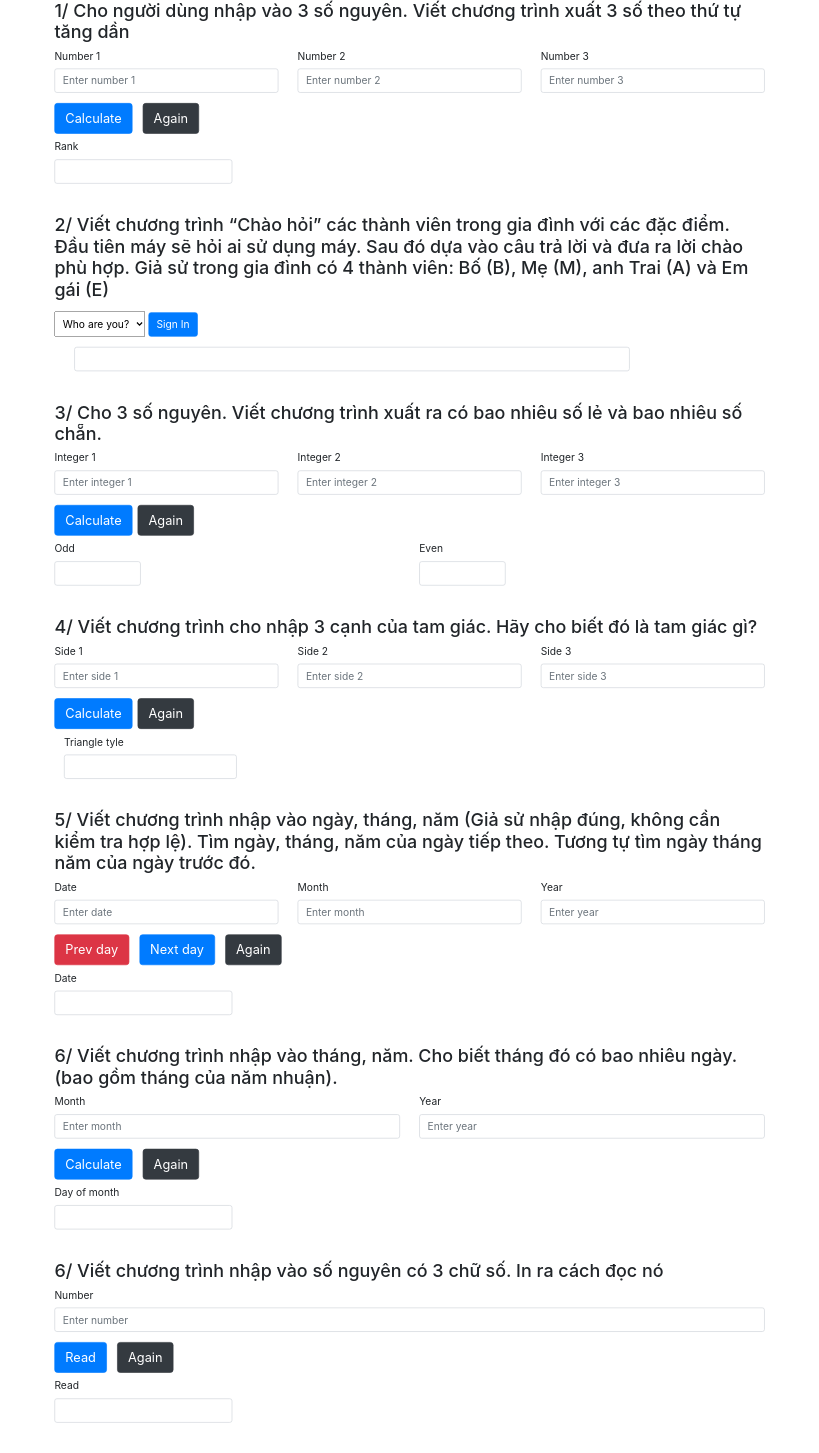
Repository: baobaodeveloper/bootscamp21__jsbasic__HuynhAnhBao
Page: index.html
An editor plug-in stored every save of this project. The page is shown before and after the next save, followed by the edit.
The browser window is 1280 px wide. The pictures show the whole page, at 64% of full size.

Above is the page before, as saved 2022-03-10 23:37:08.

### index.html
<!DOCTYPE html>
<html lang="en">
  <head>
    <title>javaScript basic</title>
    <!-- Required meta tags -->
    <meta charset="utf-8" />
    <meta
      name="viewport"
      content="width=device-width, initial-scale=1, shrink-to-fit=no"
    />

    <!-- Bootstrap CSS -->
    <link
      rel="stylesheet"
      href="https://stackpath.bootstrapcdn.com/bootstrap/4.3.1/css/bootstrap.min.css"
      integrity="sha384-ggOyR0iXCbMQv3Xipma34MD+dH/1fQ784/j6cY/iJTQUOhcWr7x9JvoRxT2MZw1T"
      crossorigin="anonymous"
    />
  </head>
  <body>
    <!--1 Cho người dùng nhập vào 3 số nguyên. Viết chương trình xuất 3 số theo thứ tự tăng dần -->
    <div class="container mb-xl-5">
      <h3>
        1/ Cho người dùng nhập vào 3 số nguyên. Viết chương trình xuất 3 số theo
        thứ tự tăng dần
      </h3>

      <div class="row">
        <div class="col">
          <label class="form-label">Number 1</label>
          <input
            type="number"
            class="form-control num1"
            placeholder="Enter number 1"
          />
        </div>
        <div class="col">
          <label class="form-label">Number 2</label>
          <input
            type="number"
            class="form-control num2"
            placeholder="Enter number 2"
          />
        </div>
        <div class="col">
          <label class="form-label">Number 3</label>
          <input
            type="number"
            class="form-control num3"
            placeholder="Enter number 3"
          />
        </div>
      </div>

      <div class="d-flex">
        <button
          type="button "
          class="btn btn-primary btn-lg mt-3 mb-2 btn-rank mr-3"
        >
          Calculate
        </button>

        <button
          type="button "
          class="btn btn-dark btn-lg mt-3 mb-2 btn-again-rank"
        >
          Again
        </button>
      </div>

      <div class="mt-3 m-auto">
        <label class="form-label">Rank</label>
        <input type="text" class="form-control w-25 result1" />
      </div>
    </div>

    <!--2 Viết chương trình “Chào hỏi” các thành viên trong gia đình với các đặc điểm. Đầu tiên máy
    sẽ hỏi ai sử dụng máy. Sau đó dựa vào câu trả lời và đưa ra lời chào phù hợp. Giả sử trong
    gia đình có 4 thành viên: Bố (B), Mẹ (M), anh Trai (A) và Em gái (E) -->
    <div class="container mb-5">
      <h3 class="mb-3">
        2/ Viết chương trình “Chào hỏi” các thành viên trong gia đình với các
        đặc điểm. Đầu tiên máy sẽ hỏi ai sử dụng máy. Sau đó dựa vào câu trả lời
        và đưa ra lời chào phù hợp. Giả sử trong gia đình có 4 thành viên: Bố
        (B), Mẹ (M), anh Trai (A) và Em gái (E)
      </h3>

      <select class="form-select p-2" aria-label="Default select example">
        <option selected>Who are you?</option>
        <option value="M">M</option>
        <option value="B">B</option>
        <option value="A">A</option>
        <option value="E">E</option>
      </select>

      <button type="button" class="btn btn-primary btn-sign-in">Sign In</button>

      <div class="m-3 row">
        <div class="col-sm-10">
          <input
            type="text"
            class="form-control output-sign-in"
            id="inputPassword"
          />
        </div>
      </div>
    </div>

    <!--  3 Cho 3 số nguyên. Viết chương trình xuất ra có bao nhiêu số lẻ và bao nhiêu số chẵn.-->
    <div class="container mb-xl-5">
      <h3>
        3/ Cho 3 số nguyên. Viết chương trình xuất ra có bao nhiêu số lẻ và bao
        nhiêu số chẵn.
      </h3>

      <div class="row">
        <div class="col">
          <label class="form-label">Integer 1</label>
          <input
            type="number"
            class="form-control integer1"
            placeholder="Enter integer 1"
          />
        </div>
        <div class="col">
          <label class="form-label">Integer 2</label>
          <input
            type="number"
            class="form-control integer2"
            placeholder="Enter integer 2"
          />
        </div>
        <div class="col">
          <label class="form-label">Integer 3</label>
          <input
            type="number"
            class="form-control integer3"
            placeholder="Enter integer 3"
          />
        </div>
      </div>

      <div class="d-flex">
        <button
          type="button"
          class="btn btn-primary btn-lg mt-3 mb-2 btn-integer mr-2"
        >
          Calculate
        </button>

        <button
          type="button "
          class="btn btn-light btn-lg mt-3 mb-2 btn-dark btn-again-integer"
        >
          Again
        </button>
      </div>

      <div class="row">
        <div class="mt-3 m-auto col">
          <label class="form-label">Odd</label>
          <input type="text" class="form-control w-25 outputOdd" />
        </div>
        <div class="mt-3 m-auto col">
          <label class="form-label">Even</label>
          <input type="text" class="form-control w-25 outputEven" />
        </div>
      </div>
    </div>

    <!--4 Viết chương trình cho nhập 3 cạnh của tam giác. Hãy cho biết đó là tam giác gì?-->

    <div class="container mb-xl-5">
      <h3>
        4/ Viết chương trình cho nhập 3 cạnh của tam giác. Hãy cho biết đó là
        tam giác gì?
      </h3>

      <div class="row">
        <div class="col">
          <label class="form-label">Side 1</label>
          <input
            type="number"
            class="form-control side1"
            placeholder="Enter side 1"
          />
        </div>
        <div class="col">
          <label class="form-label">Side 2</label>
          <input
            type="number"
            class="form-control side2"
            placeholder="Enter side 2"
          />
        </div>
        <div class="col">
          <label class="form-label">Side 3</label>
          <input
            type="number"
            class="form-control side3"
            placeholder="Enter side 3"
          />
        </div>
      </div>

      <div class="d-flex">
        <button
          type="button"
          class="btn btn-primary btn-lg mt-3 mb-2 mr-2 btn-triangle"
        >
          Calculate
        </button>

        <button
          type="button "
          class="btn btn-light btn-lg mt-3 mb-2 btn-dark btn-again-triangle"
        >
          Again
        </button>
      </div>

      <div class="mt-3 m-auto col">
        <label class="form-label">Triangle tyle</label>
        <input type="text" class="form-control w-25 triangle-type" />
      </div>
    </div>

    <!--5 Viết chương trình nhập vào ngày, tháng, năm (Giả sử nhập đúng, không cần kiểm tra hợp
  lệ). Tìm ngày, tháng, năm của ngày tiếp theo. Tương tự tìm ngày tháng năm của ngày trước
  đó.  -->

    <div class="container mb-xl-5">
      <h3>
        5/ Viết chương trình nhập vào ngày, tháng, năm (Giả sử nhập đúng, không
        cần kiểm tra hợp lệ). Tìm ngày, tháng, năm của ngày tiếp theo. Tương tự
        tìm ngày tháng năm của ngày trước đó.
      </h3>

      <div class="row">
        <div class="col">
          <label class="form-label">Date</label>
          <input
            type="number"
            class="form-control date"
            placeholder="Enter date"
          />
        </div>
        <div class="col">
          <label class="form-label">Month</label>
          <input
            type="number"
            class="form-control month"
            placeholder="Enter month"
          />
        </div>
        <div class="col">
          <label class="form-label">Year</label>
          <input
            type="number"
            class="form-control year"
            placeholder="Enter year"
          />
        </div>
      </div>

      <div class="d-flex">
        <button
          type="button "
          class="btn btn-danger btn-lg mt-3 mb-2 btn-prev mr-3"
        >
          Prev day
        </button>
        <button
          type="button "
          class="btn btn-primary btn-lg mt-3 mb-2 btn-next mr-3"
        >
          Next day
        </button>

        <button
          type="button "
          class="btn btn-dark btn-lg mt-3 mb-2 btn-again-date"
        >
          Again
        </button>
      </div>

      <div class="mt-3 m-auto">
        <label class="form-label">Date</label>
        <input type="text" class="form-control w-25 date-text" />
      </div>
    </div>

    <!-- 6 Viết chương trình nhập vào tháng, năm. Cho biết tháng đó có bao nhiêu ngày. (bao gồm
    tháng của năm nhuận).-->
    <div class="container mb-xl-5">
      <h3>
        6/ Viết chương trình nhập vào tháng, năm. Cho biết tháng đó có bao nhiêu
        ngày. (bao gồm tháng của năm nhuận).
      </h3>

      <div class="row">
        <div class="col">
          <label class="form-label">Month</label>
          <input
            type="number"
            class="form-control month1"
            placeholder="Enter month"
          />
        </div>
        <div class="col">
          <label class="form-label">Year</label>
          <input
            type="number"
            class="form-control year1"
            placeholder="Enter year"
          />
        </div>
      </div>

      <div class="d-flex">
        <button
          type="button "
          class="btn btn-primary btn-lg mt-3 mb-2 btn-month mr-3"
        >
          Calculate
        </button>

        <button
          type="button "
          class="btn btn-dark btn-lg mt-3 mb-2 btn-again-month"
        >
          Again
        </button>
      </div>

      <div class="mt-3 m-auto">
        <label class="form-label">Day of month</label>
        <input type="text" class="form-control w-25 resultMonth" />
      </div>
    </div>

    <!--7 Viết chương trình nhập vào số nguyên có 3 chữ số. In ra cách đọc nó.-->
    <div class="container mb-xl-5">
      <h3>
        6/ Viết chương trình nhập vào số nguyên có 3 chữ số. In ra cách đọc nó
      </h3>

      <div class="form">
        <label class="form-label">Number</label>
        <input
          type="number"
          class="form-control number-read"
          placeholder="Enter number"
        />
      </div>

      <div class="d-flex">
        <button
          type="button "
          class="btn btn-primary btn-lg mt-3 mb-2 btnRead mr-3"
        >
          Read
        </button>

        <button
          type="button "
          class="btn btn-dark btn-lg mt-3 mb-2 btn-again-read"
        >
          Again
        </button>
      </div>

      <div class="mt-3 m-auto">
        <label class="form-label">Read</label>
        <input type="text" class="form-control w-25 resultRead" />
      </div>
    </div>

    <!-- Optional JavaScript -->
    <!-- jQuery first, then Popper.js, then Bootstrap JS -->
    <script
      src="https://code.jquery.com/jquery-3.3.1.slim.min.js"
      integrity="sha384-q8i/X+965DzO0rT7abK41JStQIAqVgRVzpbzo5smXKp4YfRvH+8abtTE1Pi6jizo"
      crossorigin="anonymous"
    ></script>
    <script
      src="https://cdnjs.cloudflare.com/ajax/libs/popper.js/1.14.7/umd/popper.min.js"
      integrity="sha384-UO2eT0CpHqdSJQ6hJty5KVphtPhzWj9WO1clHTMGa3JDZwrnQq4sF86dIHNDz0W1"
      crossorigin="anonymous"
    ></script>
    <script
      src="https://stackpath.bootstrapcdn.com/bootstrap/4.3.1/js/bootstrap.min.js"
      integrity="sha384-JjSmVgyd0p3pXB1rRibZUAYoIIy6OrQ6VrjIEaFf/nJGzIxFDsf4x0xIM+B07jRM"
      crossorigin="anonymous"
    ></script>

    <!-- <script src="exercise1.js"></script> -->
    <!-- <script src="exercise2.js"></script> -->
    <!-- <script src="exercise3.js"></script> -->
    <!-- <script src="exercise4.js"></script> -->
    <!-- <script src="exercise5.js"></script> -->
    <script src="exercise6.js"></script>
  </body>
</html>

### exercise6.js
const month = document.querySelector(".month1");
const year = document.querySelector(".year1");
const btnMonth = document.querySelector(".btn-month");
const btnAgainMonth = document.querySelector(".btn-again-month");
const result = document.querySelector(".resultMonth");

btnMonth.addEventListener("click", () => {
  const monthValue = +month.value;
  const yearValue = +year.value;

  let dayOfMonth = 31;

  if (
    monthValue > 12 ||
    monthValue <= 0 ||
    month.value === "" ||
    year.value === "" ||
    year <= 0
  )
    dayOfMonth = "Invalid";

  switch (monthValue) {
    case 4:
    case 6:
    case 9:
    case 11:
      dayOfMonth = 30;
  }

  if (monthValue === 2 && yearValue % 4 === 0) {
    dayOfMonth = 29;
  } else if (monthValue === 2 && yearValue % 4 !== 0) {
    dayOfMonth = 28;
  }
  result.value = dayOfMonth;
});

btnAgainMonth.addEventListener("click", () => {
  result.value = "";
  month.value === "";
  year.value === "";
});

After the next save:
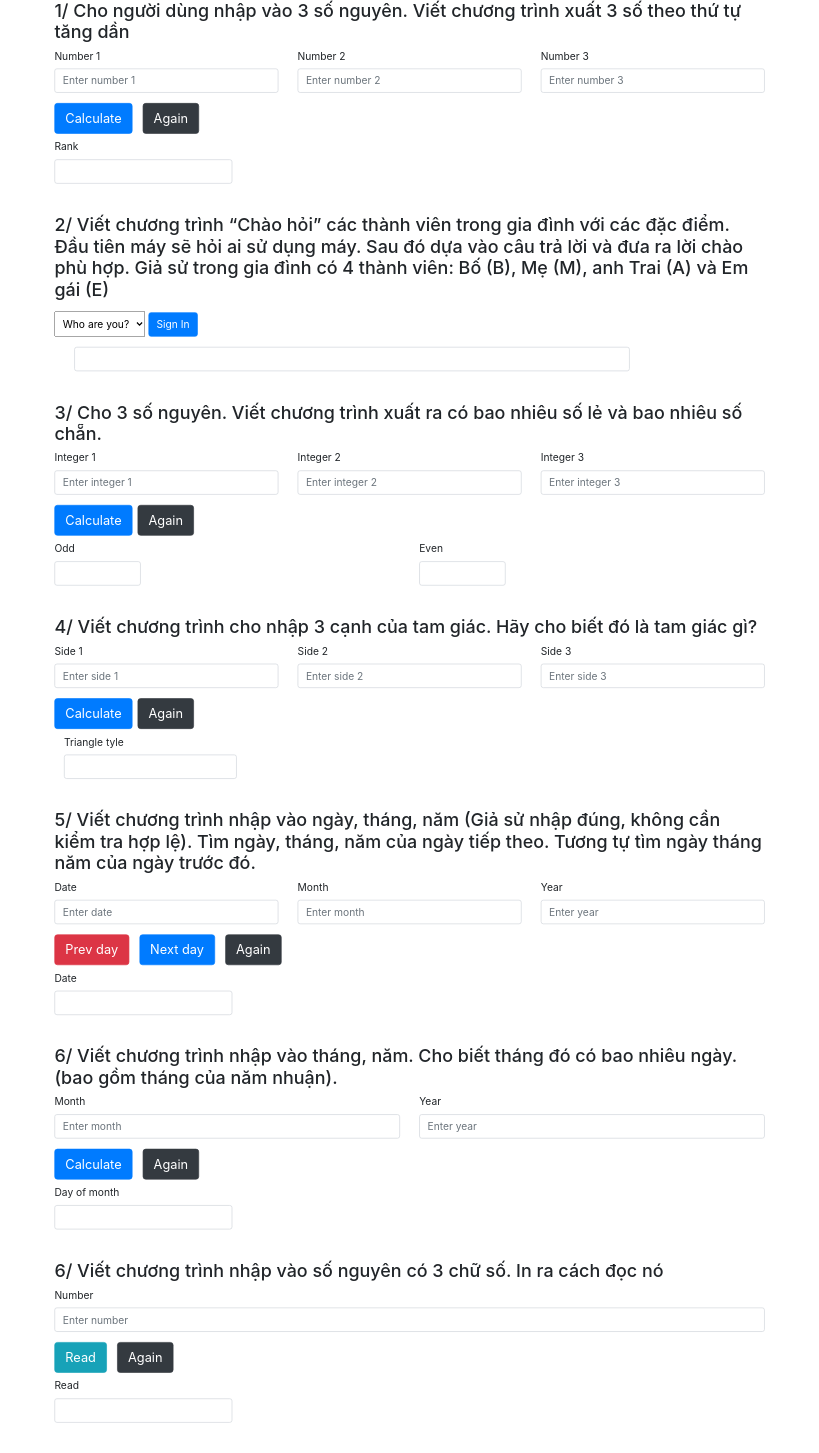
Saved 19 s later.
--- a/index.html
+++ b/index.html
@@ -358,7 +358,7 @@
       <div class="d-flex">
         <button
           type="button "
-          class="btn btn-primary btn-lg mt-3 mb-2 btnRead mr-3"
+          class="btn btn-info btn-lg mt-3 mb-2 btnRead mr-3"
         >
           Read
         </button>
